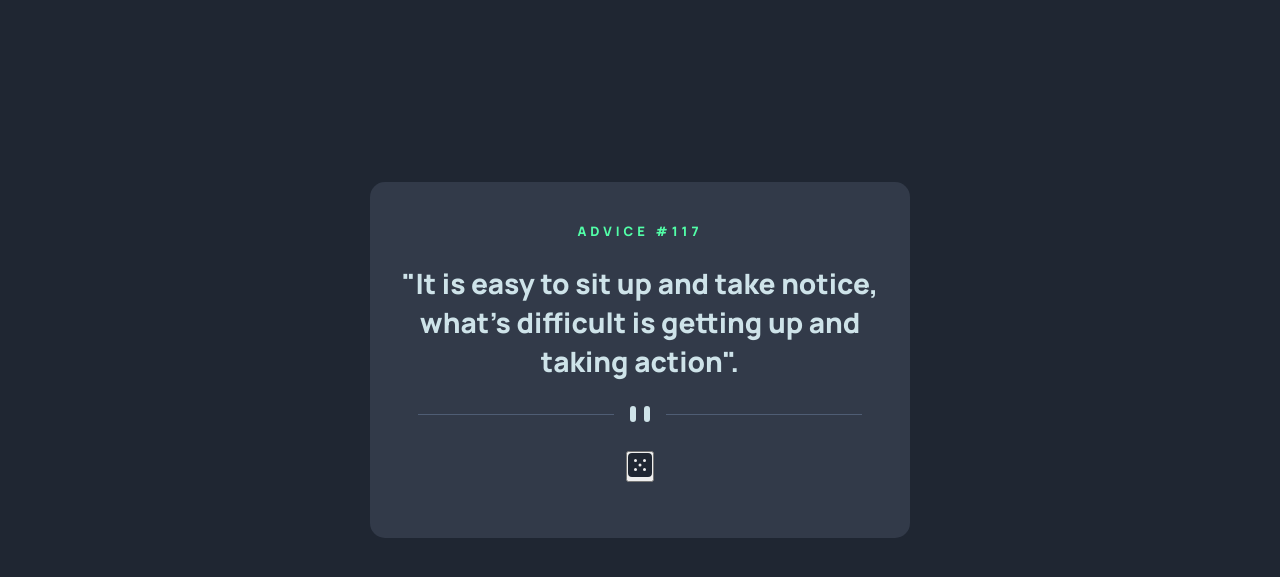
Repository: Daki-builds/advice-generator-app
Page: index.html
An editor plug-in stored every save of this project. The page is shown before and after the next save, followed by the edit.
The browser window is 1280 px wide. The pictures show the whole page.

Above is the page before, as saved 2026-10-08 19:35:12.

After the next save:
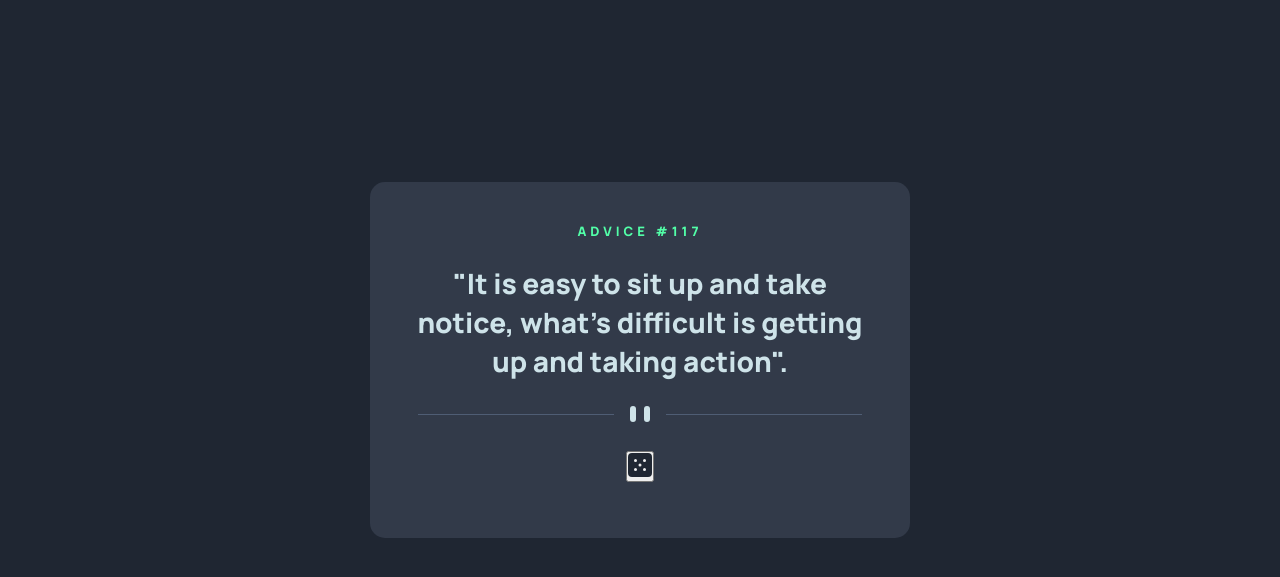
Saved 8 s later.
--- a/style.css
+++ b/style.css
@@ -52,7 +52,7 @@ h1 {
 p {
   font-size: var(--font-size);
   line-height: 1.4;
-  width: 98%;
+  width: 96%;
   color: var(--blue-200);
 }
 
